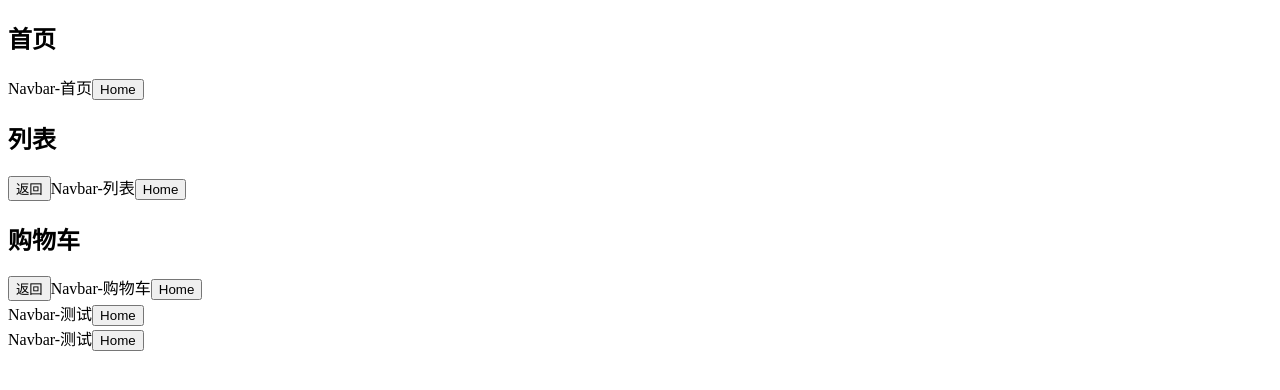
Repository: zenghao518518/React
Page: /
The author's editor kept a copy of each file at every save. The page is drawn from the files as they stood at one save, then again after the next save.
The browser window is 1280 px wide. The pictures show the whole page.
The project was rebuilt for these pictures with package versions that can differ from the ones it lists, and the page was loaded fresh each time.

Above is the page before, as saved 2023-07-25 11:11:08.

After the next save:
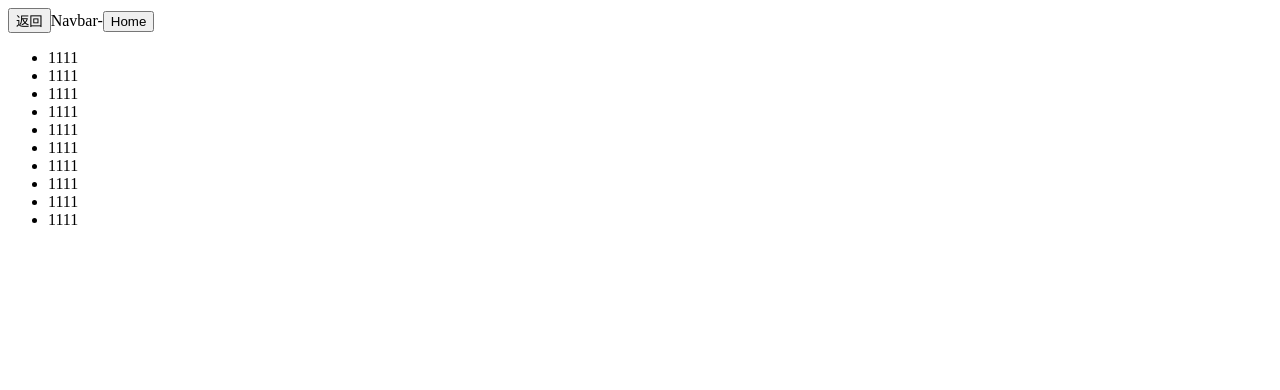
Saved 34 s later.
--- a/src/index.js
+++ b/src/index.js
@@ -17,7 +17,8 @@ import ReactDOM from 'react-dom/client'
 //import App from './01-base/13-setState同步异步'
 //import App from './01-base/14-betterScroll'
 //import App from './01-base/15-betterscroll-cinema'
-import App from './01-base/16-prop'
+//import App from './01-base/16-prop'
+import App from './01-base/17-props函数式组件'
 //import App from './01-base/19-非受控'
 //import App from './01-base/20-受控'
 let root = ReactDOM.createRoot(document.getElementById('root'));
